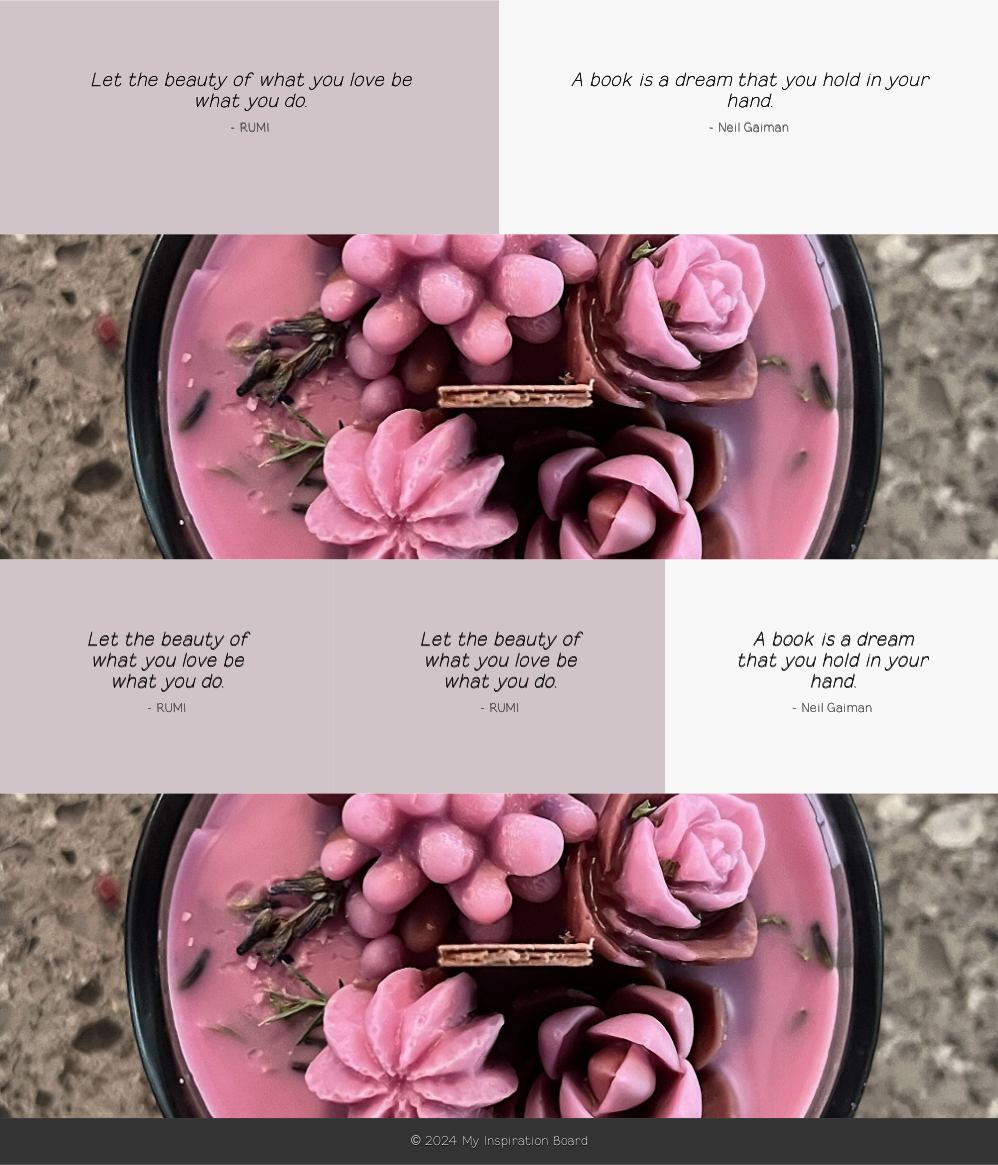
Repository: Brittany-Westlund/MART341-WebDesign
Page: WebDesignHomework/Assignment12/gallery.html
An editor plug-in stored every save of this project. The page is shown before and after the next save, followed by the edit.
The browser window is 1280 px wide. The pictures show the part of the page from y = 335 to 1828 px (the page is 1828 px tall), at 78% of full size.
Some web fonts or font styles are not loaded; a fallback is used.

Above is the page before, as saved 2024-11-15 20:01:28.

After the next save:
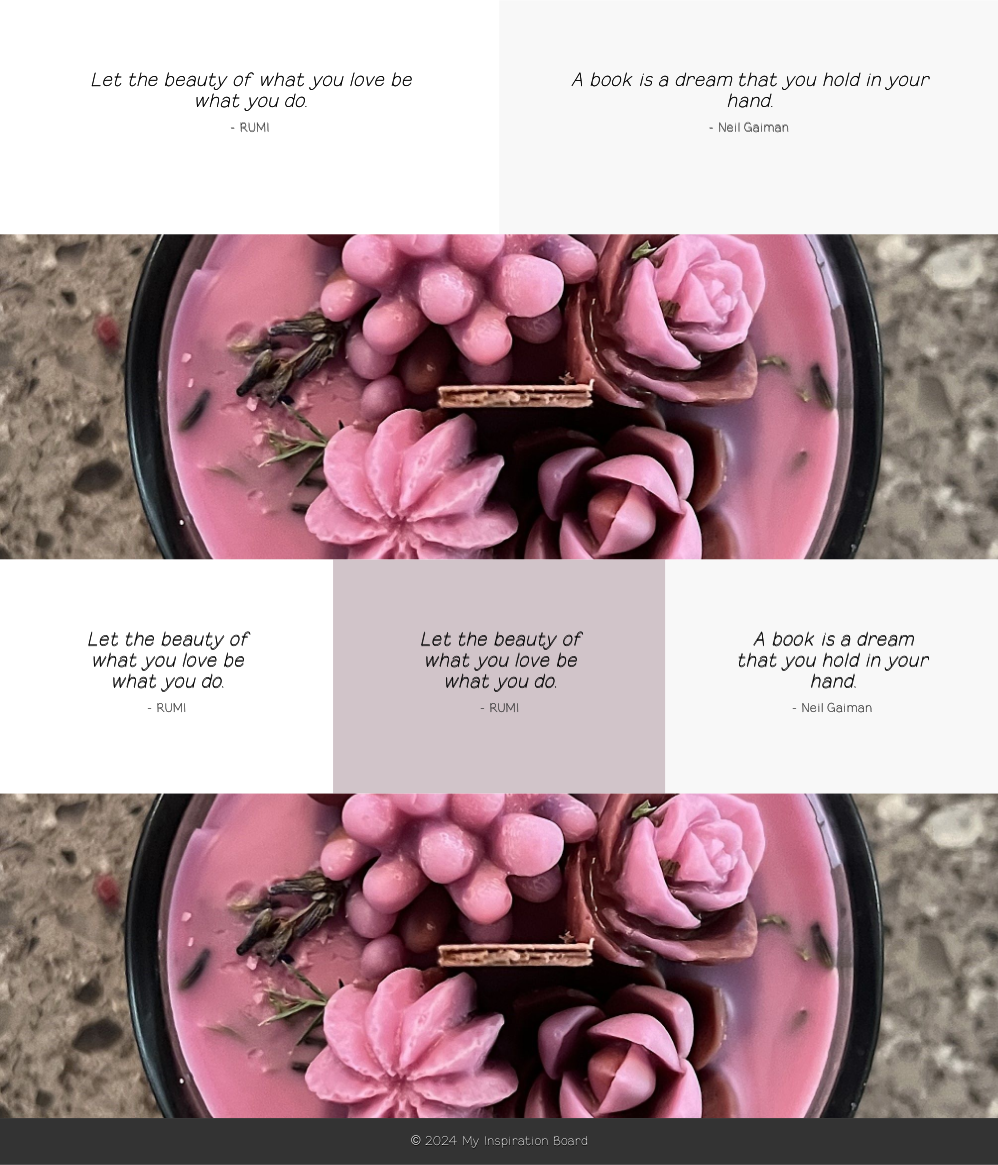
Saved 15 s later.
--- a/WebDesignHomework/Assignment12/style/style.css
+++ b/WebDesignHomework/Assignment12/style/style.css
@@ -108,7 +108,7 @@ h1 {
 }
 
 .left-section {
-    background-color: #d1c4c9;
+    background-color: #ffffff;
 }
 
 .middle-section {
